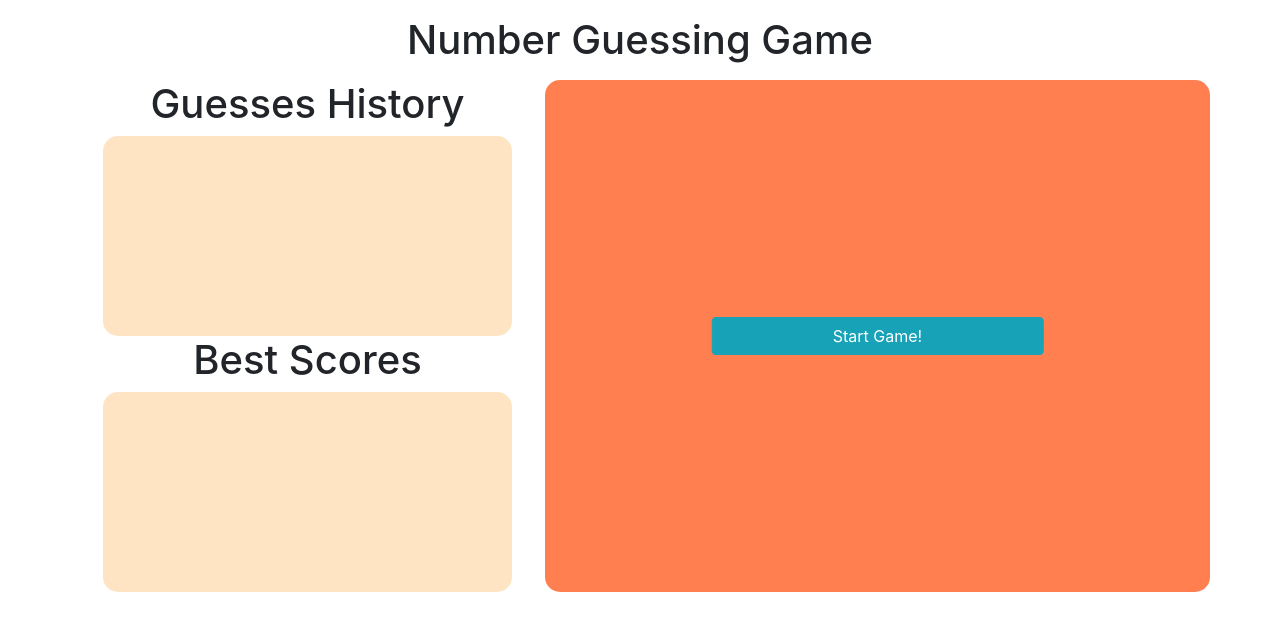
Repository: tts2610/NumberGuessingGame
Page: index.html
These files come from the project's save history. The page is drawn as it stood at one moment and after the next save; the edit follows.
The browser window is 1280 px wide. The pictures show the whole page.

Above is the page before, as saved 2020-05-13 17:34:58.

After the next save:
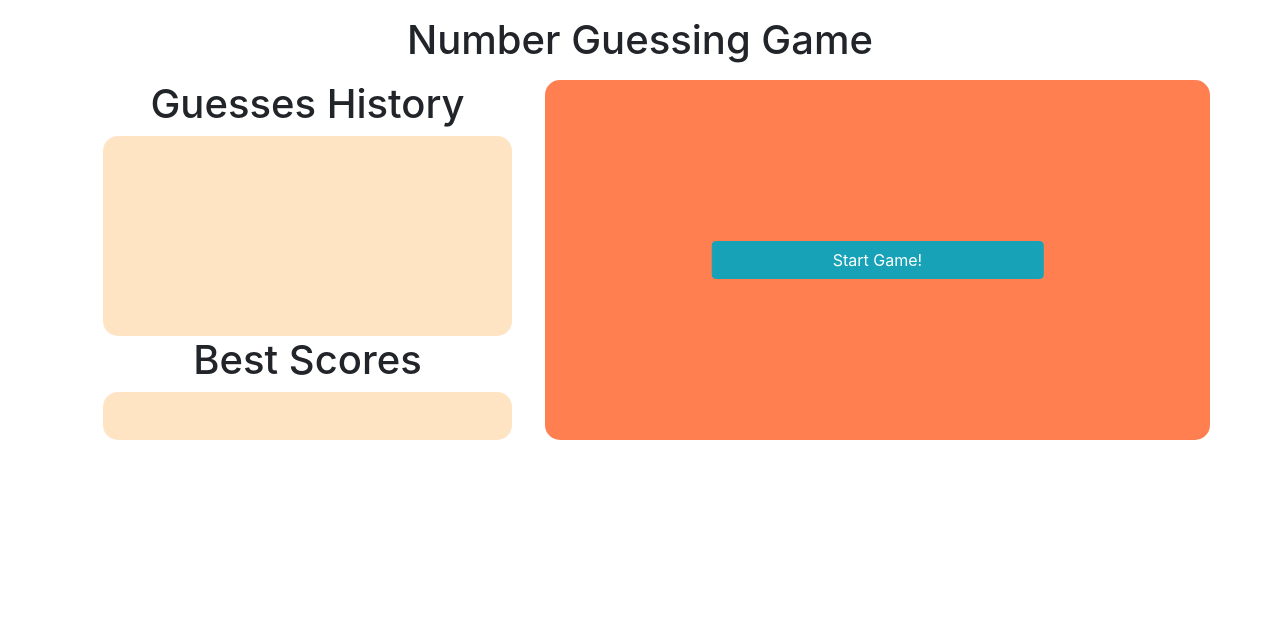
Saved 3 min 2 s later.
--- a/css/style.css
+++ b/css/style.css
@@ -8,7 +8,7 @@
 
 .numberGuessingBox .row .left_handSide .box-2 {
     background-color: bisque;
-    height: 200px;
+    height: auto;
     border-radius: 15px;
     display: flex;
     flex-direction: column;
